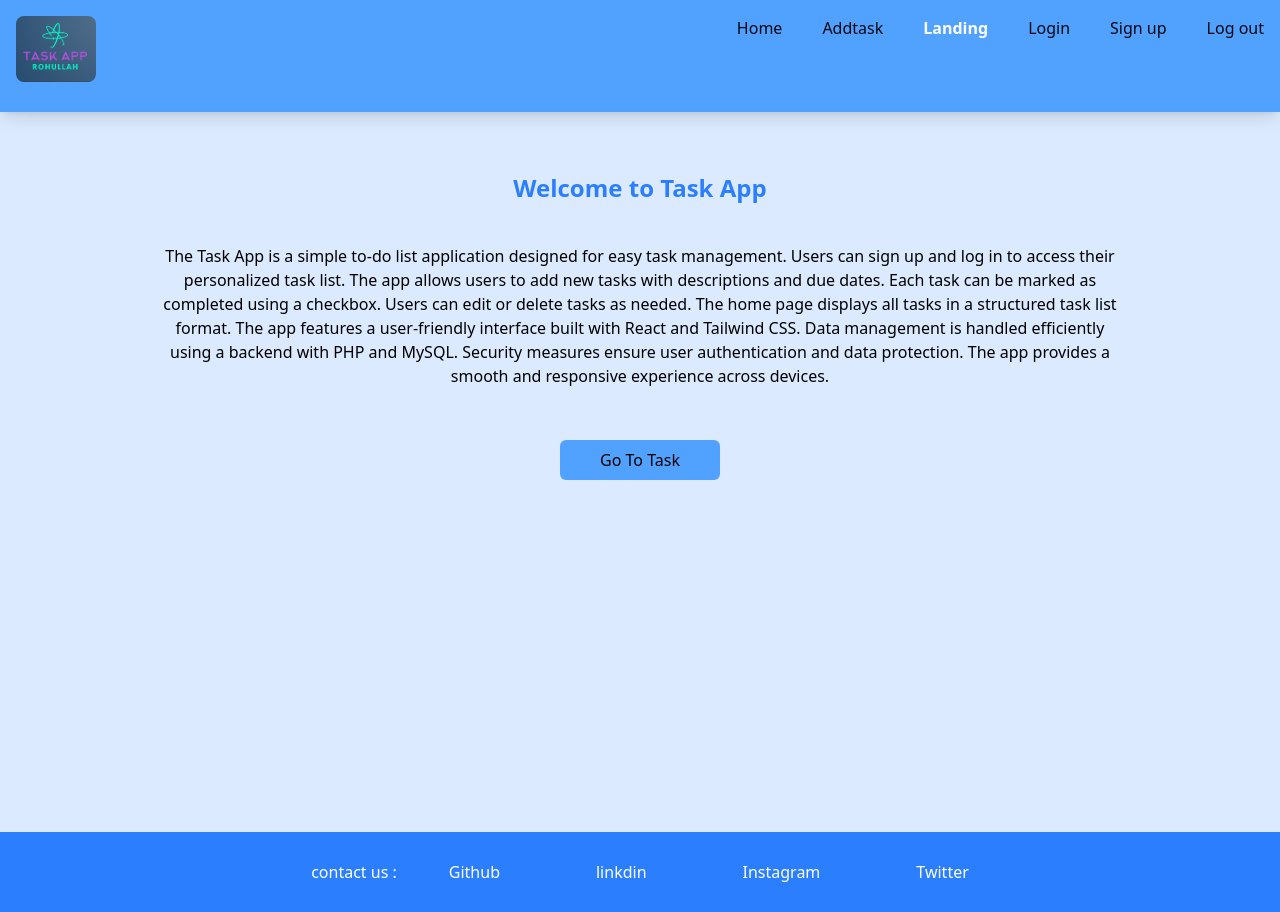
Repository: Rohullah-Noori/TaskApp
Page: /
An editor plug-in stored every save of this project. The page is shown before and after the next save, followed by the edit.
The browser window is 1280 px wide. The pictures show the whole page.
The project was rebuilt for these pictures with package versions that can differ from the ones it lists, and the page was loaded fresh each time. Also part of the build but not shown: vite.config.js, src/components/Loader.jsx, src/pages/Home.jsx, src/pages/Login.jsx, src/pages/Signup.jsx, src/pages/Addtask.jsx, src/pages/Edittask.jsx, src/pages/Errorpage.jsx and 1 more.

Above is the page before, as saved 2025-03-01 05:10:44.

### src/index.css
@import "tailwindcss";

.input {
  @apply border-3 border-blue-200 focus:outline-blue-500 w-full rounded-md p-1;
}

.containerForm {
  @apply flex items-center justify-center h-screen bg-blue-100 flex-grow overflow-y-auto;
}
.parentContainerForm {
  @apply w-full max-w-md bg-white p-8 rounded-lg shadow-lg;
}

.heading {
  @apply text-3xl font-bold mb-6 text-gray-800 text-center p-4;
}

.taskContainer {
  @apply bg-blue-100 h-screen justify-center flex;
}
.taskinnerContainer {
  @apply mt-10 text-center h-[90%]  shadow-lg bg-amber-50  rounded-xl p-10  max-w-md w-full;
}

.btndesign {
  @apply mt-3 cursor-pointer rounded-md py-2 mb-2  w-40 bg-blue-400  hover:bg-blue-500 hover:text-white;
}

### src/App.jsx
import { TasksProvider } from "./components/TaskContext";
import { BrowserRouter as Router, Routes, Route } from "react-router-dom";
// import PrivateRoute from "./components/PrivateRoute";
import { AuthProvider } from "./components/PrivateContext";
import Landing from "./pages/Landing";
import Home from "./pages/Home";
import Login from "./pages/Login";
import Signup from "./pages/Signup";
import Addtask from "./pages/Addtask";
import Edittask from "./pages/Edittask";
import Errorpage from "./pages/Errorpage";
import Logout from "./pages/Logout";

function App() {
  return (
    <>
      <Router>
        <AuthProvider>
          <TasksProvider>
            <Routes>
              {/* <Route path="/" element={<PrivateRoute />}></Route> */}
              <Route index element={<Landing />} />
              <Route path="/addtask" element={<Addtask />} />
              <Route path="/home" element={<Home />} />
              <Route path="/edit-task/:taskId" element={<Edittask />} />
              <Route path="/login" element={<Login />} />

              <Route path="/signup" element={<Signup />} />
              <Route path="/logout" element={<Logout />} />

              <Route path="/*" element={<Errorpage />} />
            </Routes>
          </TasksProvider>
        </AuthProvider>
      </Router>
    </>
  );
}

export default App;

### src/components/TaskContext.jsx
import { createContext, useContext, useState } from "react";

const TaskContext = createContext();
export const TasksProvider = ({ children }) => {
  const [tasks, setTasks] = useState([]);
  const [loading, setIsloading] = useState(false);
  const addtask = (newtask) => {
    setTasks((prevtask) => [...prevtask, newtask]);
  };

  const updateTask = (taskId, taskdata) => {
    setTasks((prevtask) =>
      prevtask.map((task) =>
        task.id === Number(taskId)
          ? {
              ...task,
              title: taskdata.title,
              startTime: taskdata.startTime,
              endTime: taskdata.endTime,
            }
          : task
      )
    );
  };

  return (
    <TaskContext.Provider
      value={{
        tasks,
        addtask,
        setTasks,
        loading,
        setIsloading,
        updateTask,
      }}
    >
      {children}
    </TaskContext.Provider>
  );
};

export const useTasks = () => useContext(TaskContext);

### src/components/PrivateContext.jsx
import { createContext, useContext, useEffect, useState } from "react";
import { useNavigate } from "react-router-dom";

const AuthContext = createContext();
export const AuthProvider = ({ children }) => {
  const [islogin, setIslogin] = useState(() => {
    return localStorage.getItem("islogin") === "true";
  });
  const navigate = useNavigate();

  useEffect(
    function () {
      localStorage.setItem("islogin", islogin ? "true" : "false");
    },

    [islogin]
  );

  const login = () => {
    setIslogin(true);
    navigate("/home");
  };

  const logout = () => {
    setIslogin(false);
    navigate("/login");
  };

  return (
    <AuthContext.Provider value={{ login, logout, islogin }}>
      {children}
    </AuthContext.Provider>
  );
};

export const useAuth = () => useContext(AuthContext);

### src/pages/Landing.jsx
import { Link, useNavigate } from "react-router-dom";
import Button from "../components/Button";
import Navbar from "../components/Navbar";
import { useEffect, useState } from "react";
import Loader from "../components/Loader";
import Footer from "../components/Footer";

function Landing() {
  const [loading, setIsloading] = useState(false);
  const navigate = useNavigate();

  function handleClick() {
    setIsloading(true);
    setTimeout(() => {
      navigate("/home");
      setIsloading(false);
    }, 1000);
  }

  return (
    <>
      <Navbar />
      <div className="flex bg-blue-100  justify-items-center  sm:h-screen justify-center">
        <div className=" text-center mt-15 px-10 sm:px-20 md:px-0 lg:px-40 ">
          <h2 className="font-bold sm:text-2xl text-blue-500 ">
            Welcome to Task App
          </h2>
          <p className="mt-10">
            The Task App is a simple to-do list application designed for easy
            task management. Users can sign up and log in to access their
            personalized task list. The app allows users to add new tasks with
            descriptions and due dates. Each task can be marked as completed
            using a checkbox. Users can edit or delete tasks as needed. The home
            page displays all tasks in a structured task list format. The app
            features a user-friendly interface built with React and Tailwind
            CSS. Data management is handled efficiently using a backend with PHP
            and MySQL. Security measures ensure user authentication and data
            protection. The app provides a smooth and responsive experience
            across devices.
          </p>
          <div className="mt-10">
            {loading && <Loader />}
            <Button onClick={handleClick}>Go To Task</Button>
          </div>
        </div>
      </div>
      <Footer />
    </>
  );
}

export default Landing;

### src/components/Button.jsx
function Button({ children, onClick, disabled }) {
  return (
    <button onClick={onClick} disabled={disabled} className="btndesign">
      {children}
    </button>
  );
}

export default Button;

### src/components/Navbar.jsx
import { Link, useLocation } from "react-router-dom";
import { useState } from "react";
function Navbar() {
  const location = useLocation();
  const [Open, setIsOpen] = useState(false);

  function Toggle() {
    setIsOpen(!Open);
  }

  return (
    <nav className="bg-blue-400  flex shadow-lg p-4  justify-between    sticky top-0 z-10 ">
      <div className="size-20  ">
        <img src="../src/assets/logo/Capture.PNG" className="rounded-lg" />
      </div>
      <div className="lg:hidden">
        <button className="text-white" onClick={Toggle}>
          <svg
            xmlns="http://www.w3.org/2000/svg"
            fill="none"
            viewBox="0 0 24 24"
            stroke="currentColor"
            className="h-6 w-6"
          >
            <path
              strokeLinecap="round"
              strokeLinejoin="round"
              strokeWidth="2"
              d="M4 6h16M4 12h16M4 18h16"
            />
          </svg>
        </button>
      </div>
      <ul className=" hidden lg:flex space-x-10">
        {[
          {
            path: "/home",
            label: "Home",
          },
          {
            path: "/addtask",
            label: "Addtask",
          },
          {
            path: "/",
            label: "Landing",
          },
          {
            path: "/login",
            label: "Login",
          },

          {
            path: "/signup",
            label: "Sign up",
          },
          {
            path: "/logout",
            label: "Log out",
          },
        ].map((item) => (
          <li key={item.path}>
            <Link
              to={item.path}
              className={`hover:text-amber-50 active:text-amber-50 ${
                location.pathname === item.path
                  ? "text-white font-bold"
                  : "text-gray-950"
              }`}
            >
              {item.label}
            </Link>
          </li>
        ))}
      </ul>
      <div
        className={`${
          Open ? "block" : "hidden"
        } absolute w-full top-24 flex flex-col justify-center items-start pl-6  text-center left-0 bg-blue-400 text-white text-center py-4`}
      >
        {[
          {
            path: "/home",
            label: "Home",
          },
          {
            path: "/addtask",
            label: "Addtask",
          },
          {
            path: "/",
            label: "Landing",
          },
          {
            path: "/login",
            label: "Login",
          },

          {
            path: "/signup",
            label: "Sign up",
          },
          {
            path: "/edittask",
            label: "Edit",
          },
        ].map((item) => (
          <Link
            key={item.path}
            to={item.path}
            className={`hover:text-amber-50 active:text-amber-50 ${
              location.pathname === item.path
                ? "text-white font-bold"
                : "text-gray-950"
            }`}
          >
            {item.label}
          </Link>
        ))}
      </div>
    </nav>
  );
}

export default Navbar;

### src/components/Footer.jsx
function Footer() {
  return (
    <div className="w-full ">
      <div className="bg-blue-500 w-full h-20 flex justify-center space-x-13 text-white items-center">
        <div>
          <h1>contact us :</h1>
        </div>
        <div className="flex flex-row space-x-24 cursor-pointer">
          <span>Github</span>
          <span>linkdin</span>
          <span>Instagram</span>
          <span>Twitter</span>
        </div>
      </div>
    </div>
  );
}

export default Footer;

Loaded but not shown: index.html (common file); src/main.jsx (common file)

After the next save:
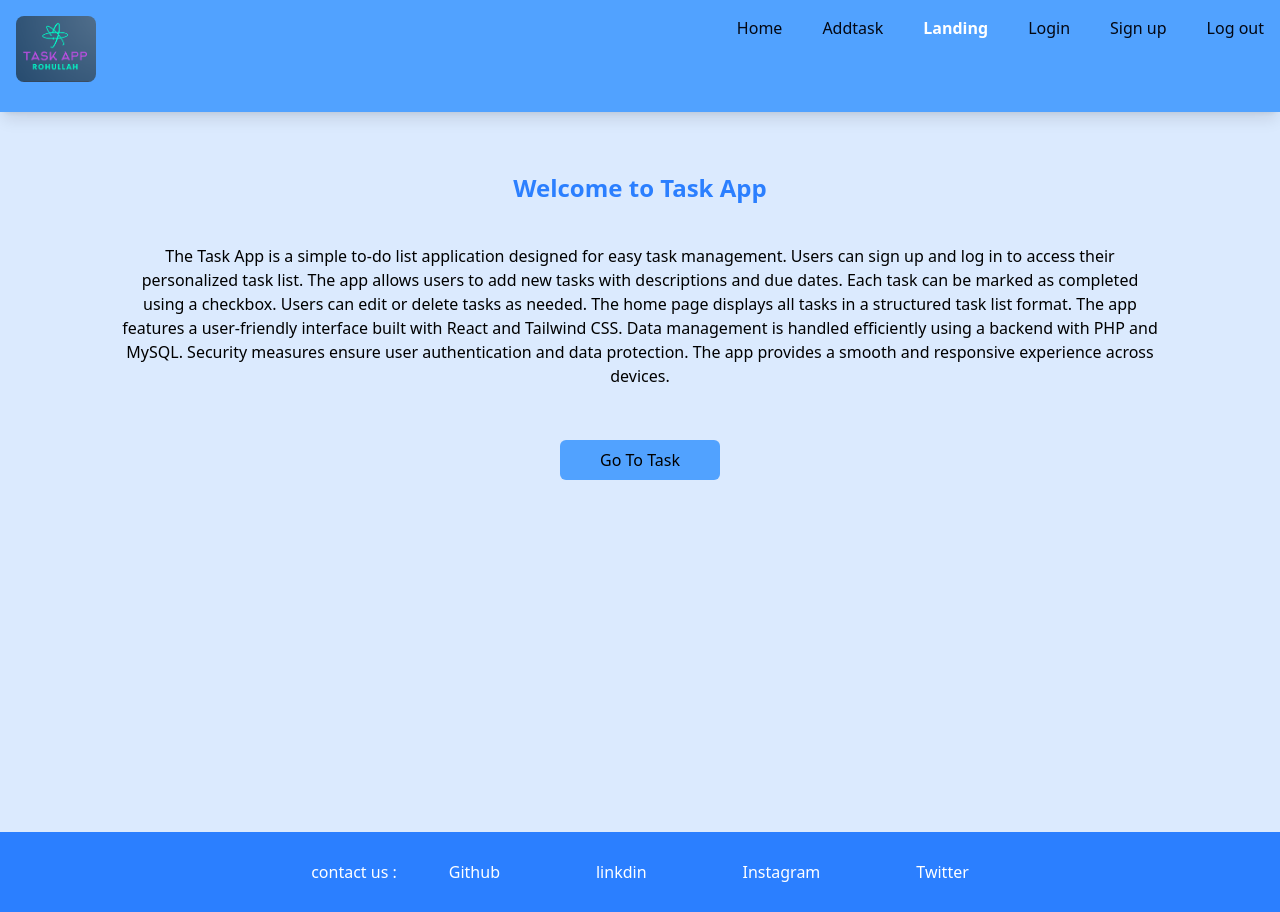
Saved 8 s later.
--- a/src/pages/Landing.jsx
+++ b/src/pages/Landing.jsx
@@ -21,7 +21,7 @@
     <>
       <Navbar />
       <div className="flex bg-blue-100  justify-items-center  sm:h-screen justify-center">
-        <div className=" text-center mt-15 px-10 sm:px-20 md:px-0 lg:px-40 ">
+        <div className=" text-center mt-15 px-10 sm:px-20 md:px-30 lg:px-00 ">
           <h2 className="font-bold sm:text-2xl text-blue-500 ">
             Welcome to Task App
           </h2>

After the save that followed:
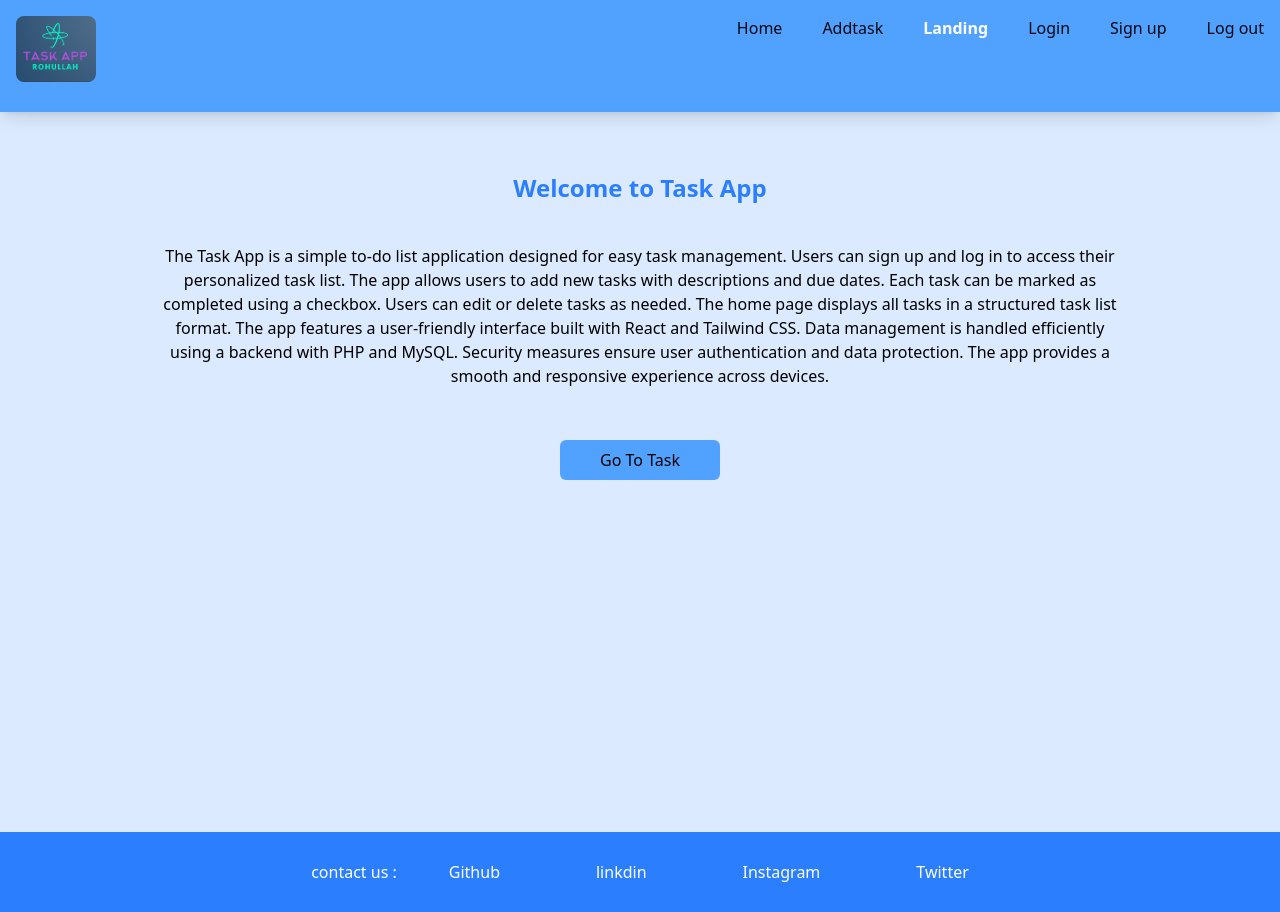
Saved 5 s later.
--- a/src/pages/Landing.jsx
+++ b/src/pages/Landing.jsx
@@ -21,7 +21,7 @@
     <>
       <Navbar />
       <div className="flex bg-blue-100  justify-items-center  sm:h-screen justify-center">
-        <div className=" text-center mt-15 px-10 sm:px-20 md:px-30 lg:px-00 ">
+        <div className=" text-center mt-15 px-10 sm:px-20 md:px-30 lg:px-40 ">
           <h2 className="font-bold sm:text-2xl text-blue-500 ">
             Welcome to Task App
           </h2>
